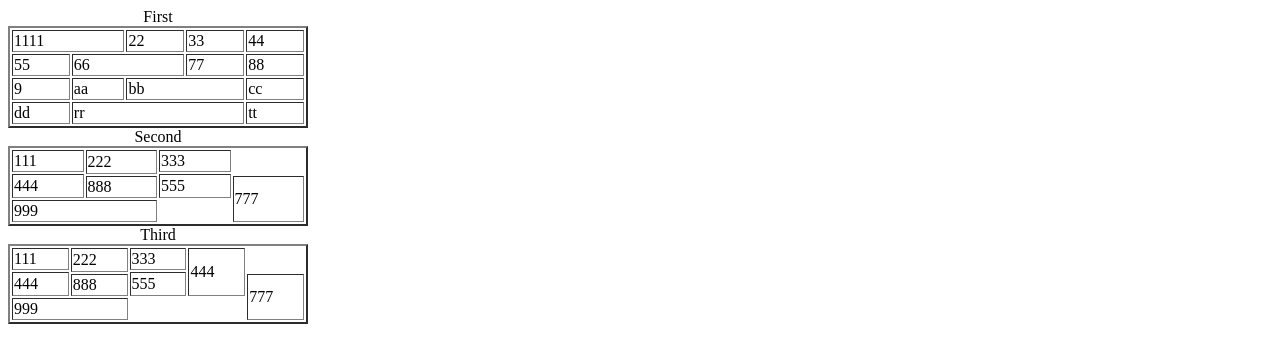
Repository: KseniaMakara/Web
Page: tables/index.html
These files come from the project's save history. The page is drawn as it stood at one moment and after the next save; the edit follows.
The browser window is 1280 px wide. The pictures show the whole page.

Above is the page before, as saved 2021-02-14 14:35:35.

After the next save:
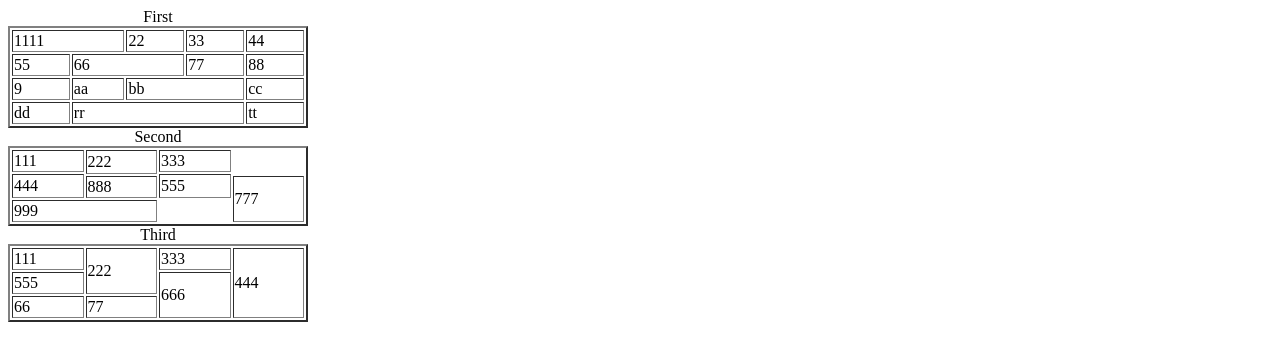
Saved 84 s later.
--- a/tables/index.html
+++ b/tables/index.html
@@ -60,15 +60,13 @@
 
             </tr>
             <tr>
-                <td rowspan="2"> 444 </td>
-                <td rowspan="2"> 555 </td>
+                <td > 555 </td>
+                <td rowspan="2"> 666 </td>
 
             </tr>
             <tr>
-                <td> 888 </td>
-                <td rowspan="3" > 777 </td>
+                <td> 66 </td>
+                <td rowspan="3" > 77 </td>
             </tr>
-            <tr>
-                <td colspan = "2"> 999 </td>
-            </tr>
+
             </table>
